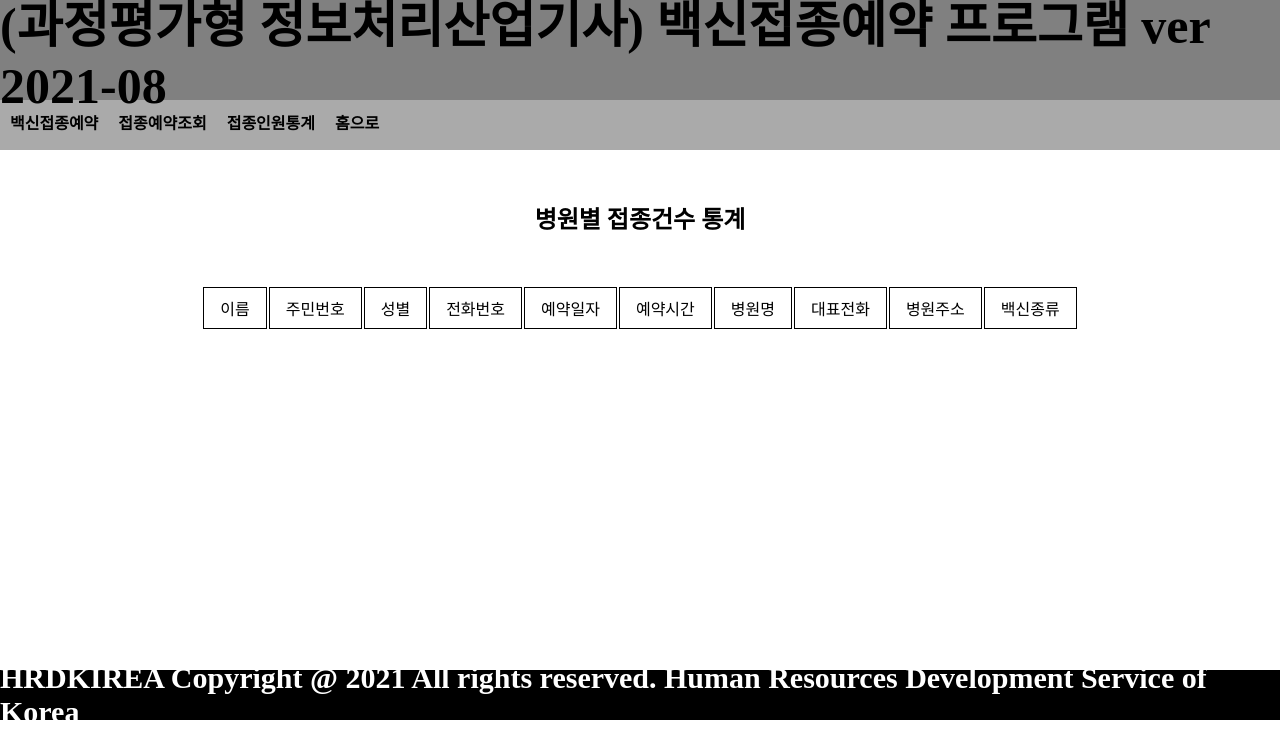
Repository: Ranranruo/info-processing
Page: http://localhost/20250424/view.jsp
An editor plug-in stored every save of this project. The page is shown before and after the next save, followed by the edit.
The browser window is 1280 px wide. The pictures show the whole page.
The page is served by Tomcat 9. Queries for data that is not in the repository find no rows.

Above is the page before, as saved 2025-04-24 07:28:11.

### 20250424/src/main/webapp/view.jsp
<%@page import="java.sql.ResultSet"%>
<%@page import="java.sql.PreparedStatement"%>
<%@page import="java.sql.Connection"%>
<%@page import="java.sql.DriverManager"%>
<%@ page language="java" contentType="text/html; charset=UTF-8"
    pageEncoding="UTF-8"%>
<%
	Class.forName("oracle.jdbc.OracleDriver");
	String no = request.getParameter("no");
	Connection con = DriverManager.getConnection("jdbc:oracle:thin:@//localhost:1521/xe", "system", "1234");

	String sql = "SELECT h.hospcode, h.hospname, COUNT(*) FROM tbl_hosp_202108 h, tbl_vaccresv_202108 v WHERE h.hospcode = v.hospcode GROUP BY h.hospcode, h.hospname order by h.hospcode";
	PreparedStatement s = con.prepareStatement(sql);

	ResultSet rs = s.executeQuery();
%>
<!DOCTYPE html>
<html>
<head>
<meta charset="UTF-8">
<title>Insert title here</title>
<style>
* {padding:0; margin: 0; text-decoration: none; color: inherit;}
.c { display: flex; justify-content: center; align-items: center;}
td{ border: 1px solid black; padding: .5em 1em;}
</style>
</head>
<body>
<header class="c" style="background-color: gray; color: #000; font-weight: bold; font-size: 50px; height: 100px;">(과정평가형 정보처리산업기사) 백신접종예약 프로그램 ver 2021-08</header>
<nav style="display: flex; padding: 10px; gap: 20px; background: #aaa; color: black; font-weight: bold; height:30px;">
<a href="insert.jsp">백신접종예약</a>
<a href="select.jsp">접종예약조회</a>
<a href="view.jsp">접종인원통계</a>
<a href="index.jsp">홈으로</a>
</nav>
<section style="min-height: calc(100vh - 200px); display: flex; flex-direction: column; align-items: center;">
<h1 class="c" style="padding: 50px;">병원별 접종건수 통계</h1>

<table>
<tr>
<td>이름</td>
<td>주민번호</td>
<td>성별</td>
<td>전화번호</td>
<td>예약일자</td>
<td>예약시간</td>
<td>병원명</td>
<td>대표전화</td>
<td>병원주소</td>
<td>백신종류</td>
</tr>
<%
 while(rs.next()) {
%>
<tr>
<td><%=rs.getString(1) %></td>
<td><%=rs.getString(2) %></td>
<td><%=rs.getString(3) %></td>
</tr>
<% } %>
</table>
</section>
<footer class="c" style="background-color: black; color: #fff; font-weight: bold; font-size: 30px; height: 50px;">HRDKIREA Copyright @ 2021 All rights reserved. Human Resources Development Service of Korea</footer>
<script>
const $ = (s) => document.querySelector(s);

</script>
</body>
</html>

After the next save:
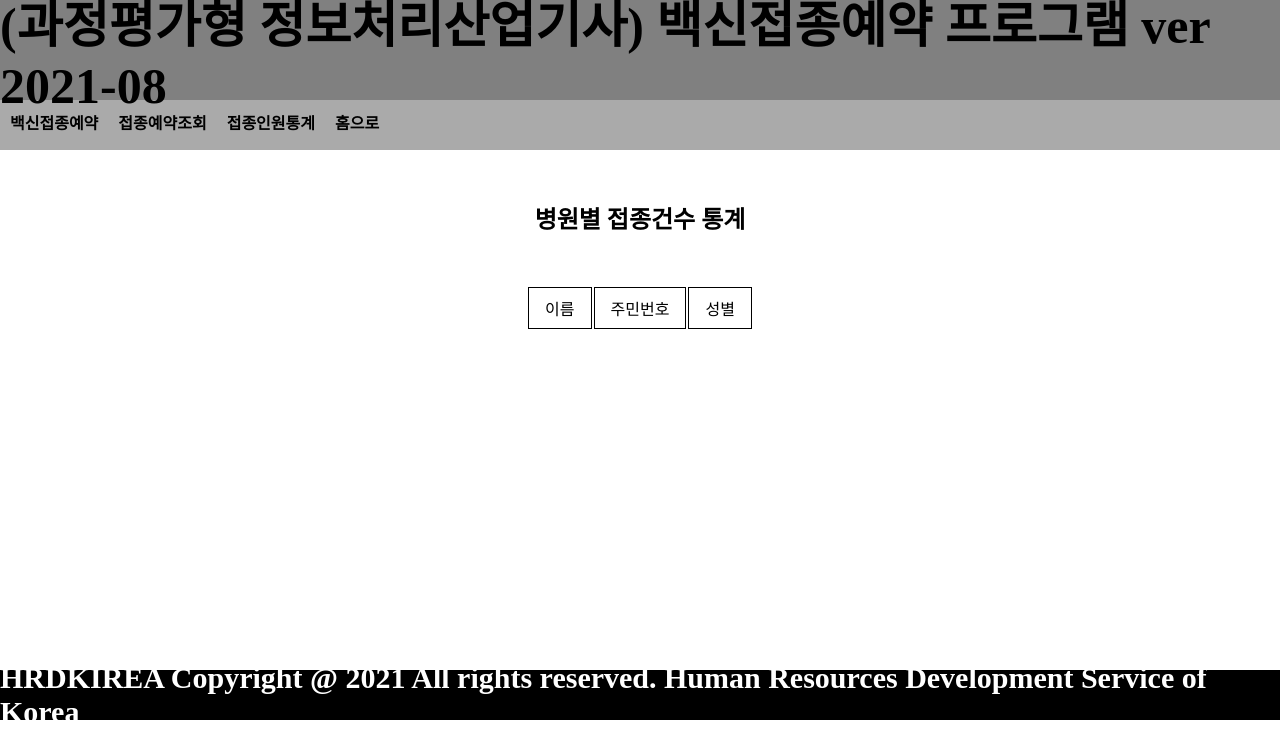
Saved 4 s later.
--- a/20250424/src/main/webapp/view.jsp
+++ b/20250424/src/main/webapp/view.jsp
@@ -41,13 +41,6 @@ td{ border: 1px solid black; padding: .5em 1em;}
 <td>이름</td>
 <td>주민번호</td>
 <td>성별</td>
-<td>전화번호</td>
-<td>예약일자</td>
-<td>예약시간</td>
-<td>병원명</td>
-<td>대표전화</td>
-<td>병원주소</td>
-<td>백신종류</td>
 </tr>
 <%
  while(rs.next()) {
